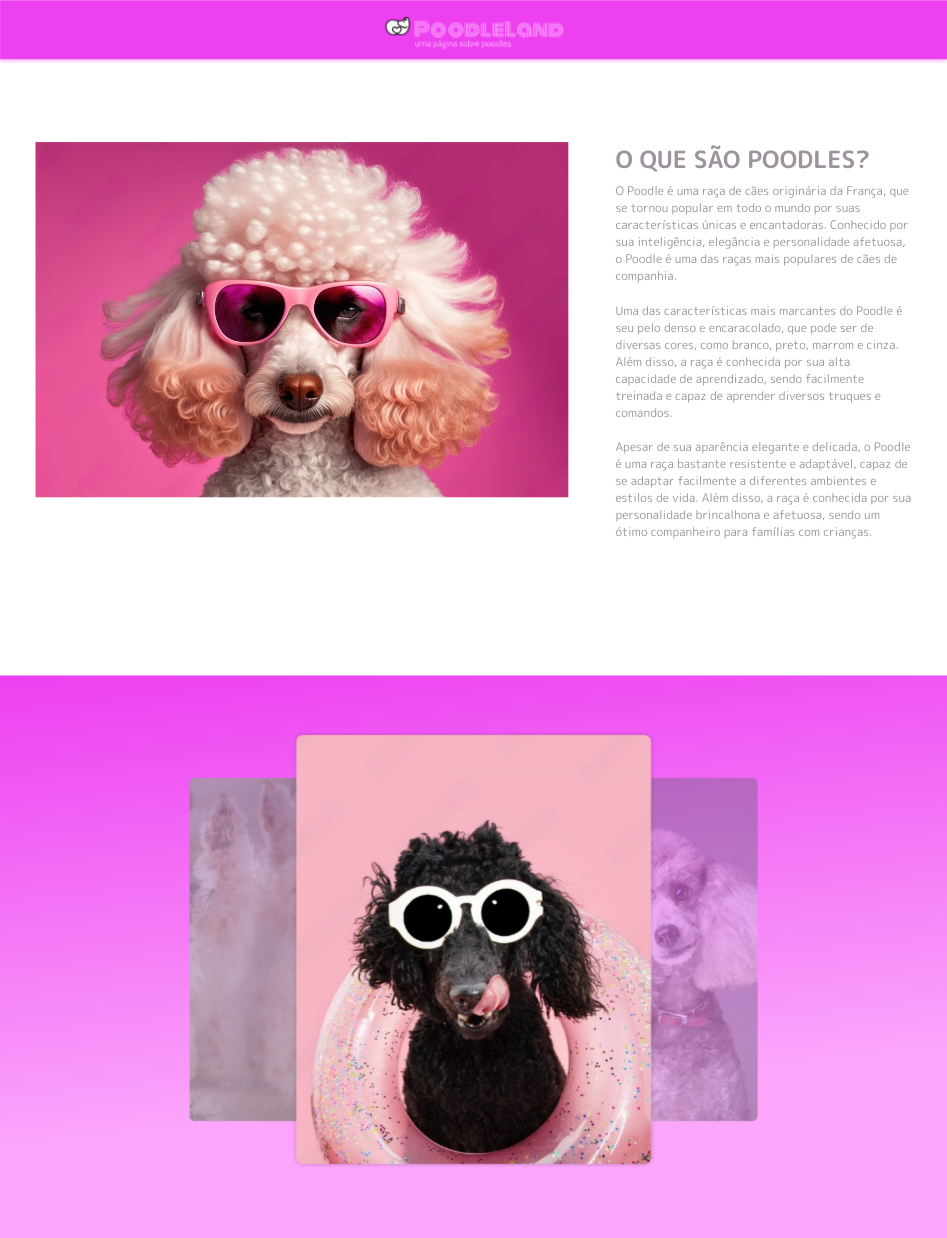
Repository: vinibalt/PoodleLand
Page: poddlelandia.html
The author's editor kept a copy of each file at every save. The page is drawn from the files as they stood at one save, then again after the next save.
The browser window is 1280 px wide. The pictures show the whole page, at 74% of full size.
Pictures or frames that could not be fetched are drawn as grey boxes.

Above is the page before, as saved 2023-05-12 21:42:31.

After the next save:
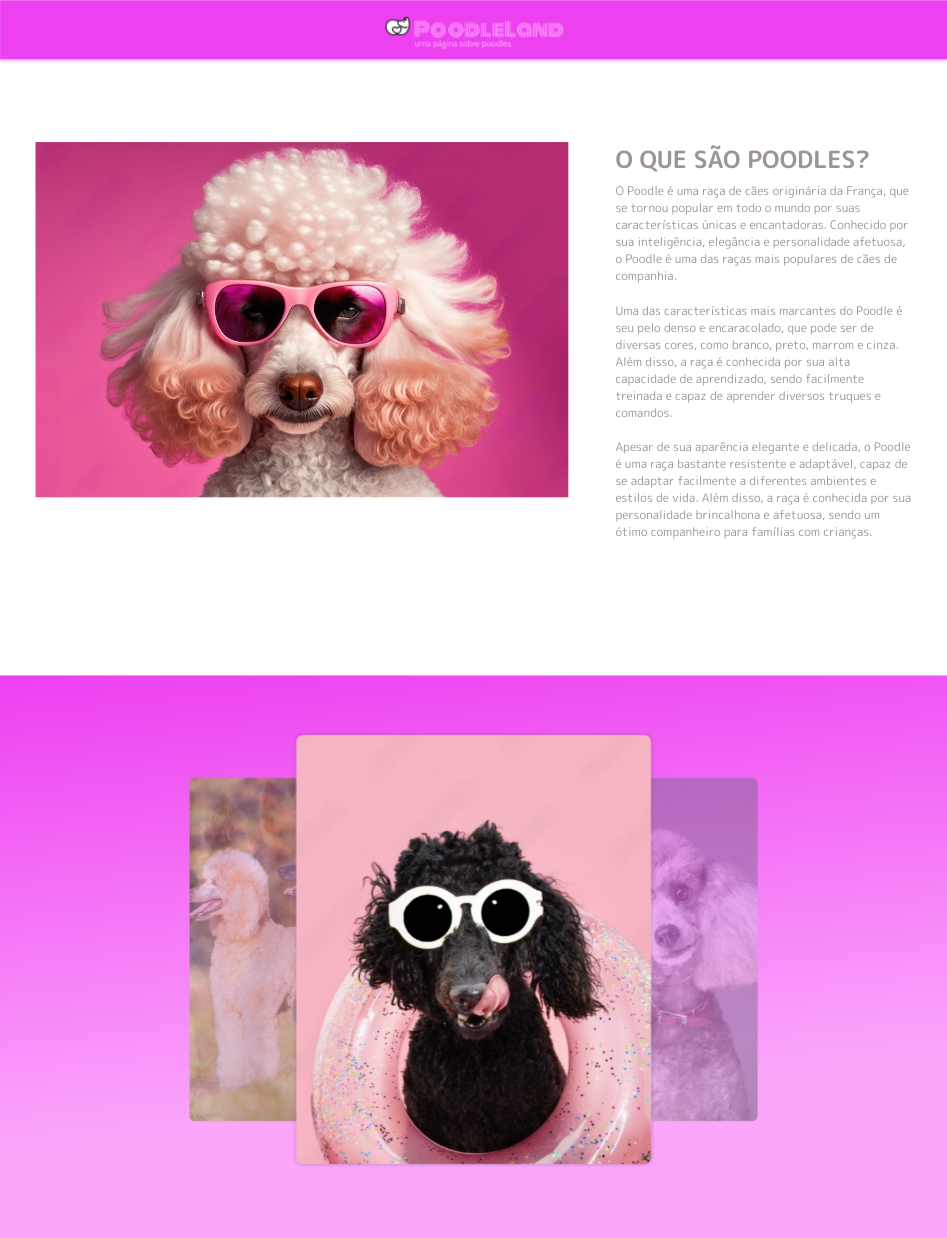
Saved 6 s later.
--- a/poddlelandia.html
+++ b/poddlelandia.html
@@ -60,7 +60,7 @@
                 <img class="img-carousel" src="./assets/img/poodle-fofo.jpg" alt="song">
             </label>
             <label class="card" for="item-3" id="song-3">
-                <img class="img-carousel" src="./assets/img/po" alt="song">
+                <img class="img-carousel" src="./assets/img/poodle-bnw.jpeg" alt="song">
             </label>
           </div>
         </div>
